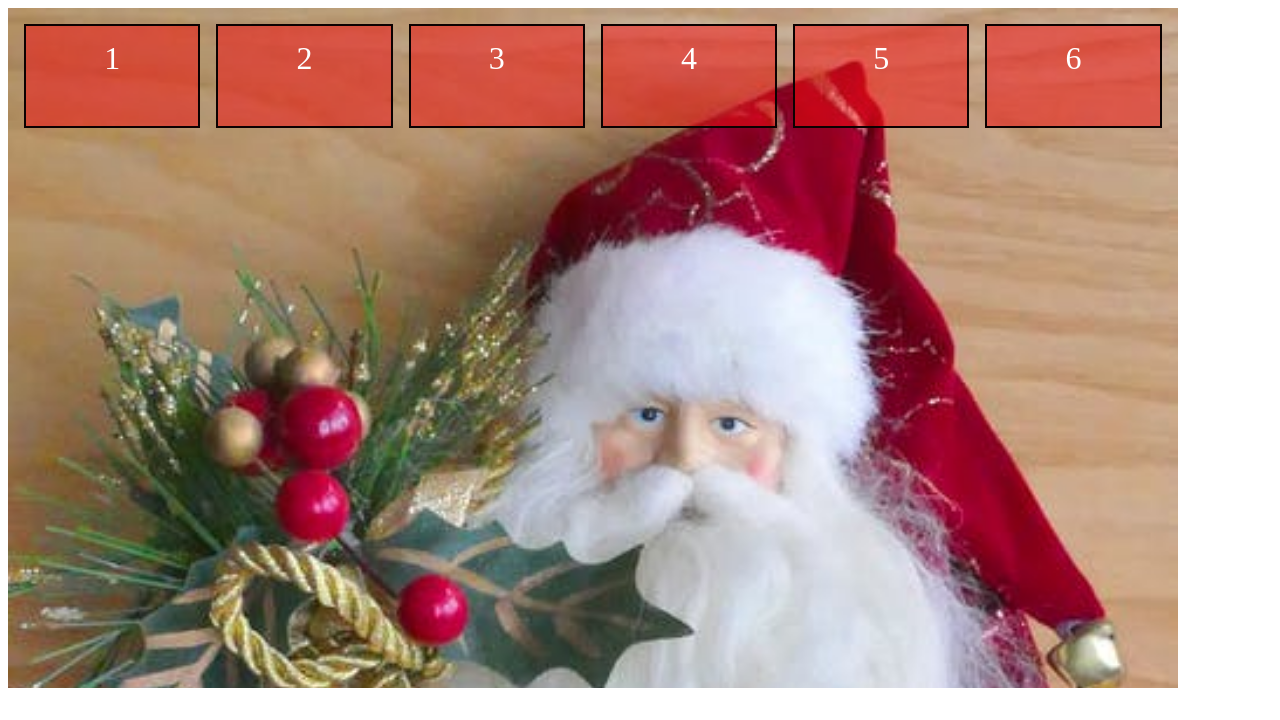
Repository: hindrik40/julprogram-js
Page: advent.html
These files come from the project's save history. The page is drawn as it stood at one moment and after the next save; the edit follows.
The browser window is 1280 px wide. The pictures show the whole page.

Above is the page before, as saved 2021-12-14 11:05:24.

After the next save:
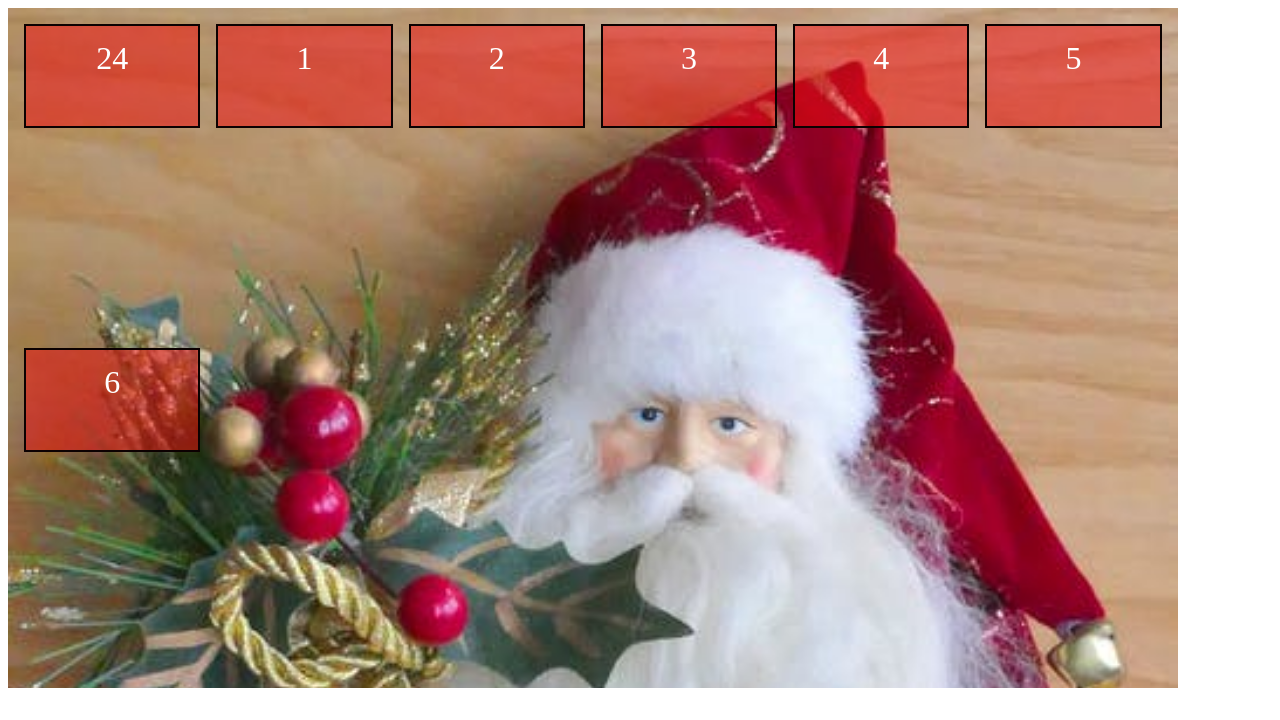
Saved 2 min 14 s later.
--- a/advent.html
+++ b/advent.html
@@ -9,7 +9,7 @@
 </head>
 <body>
     <main id="adventCalender">
-
+      <div draggable="true">24</div>
 
     </main>
     <script src="advent.js"></script>

After the save that followed:
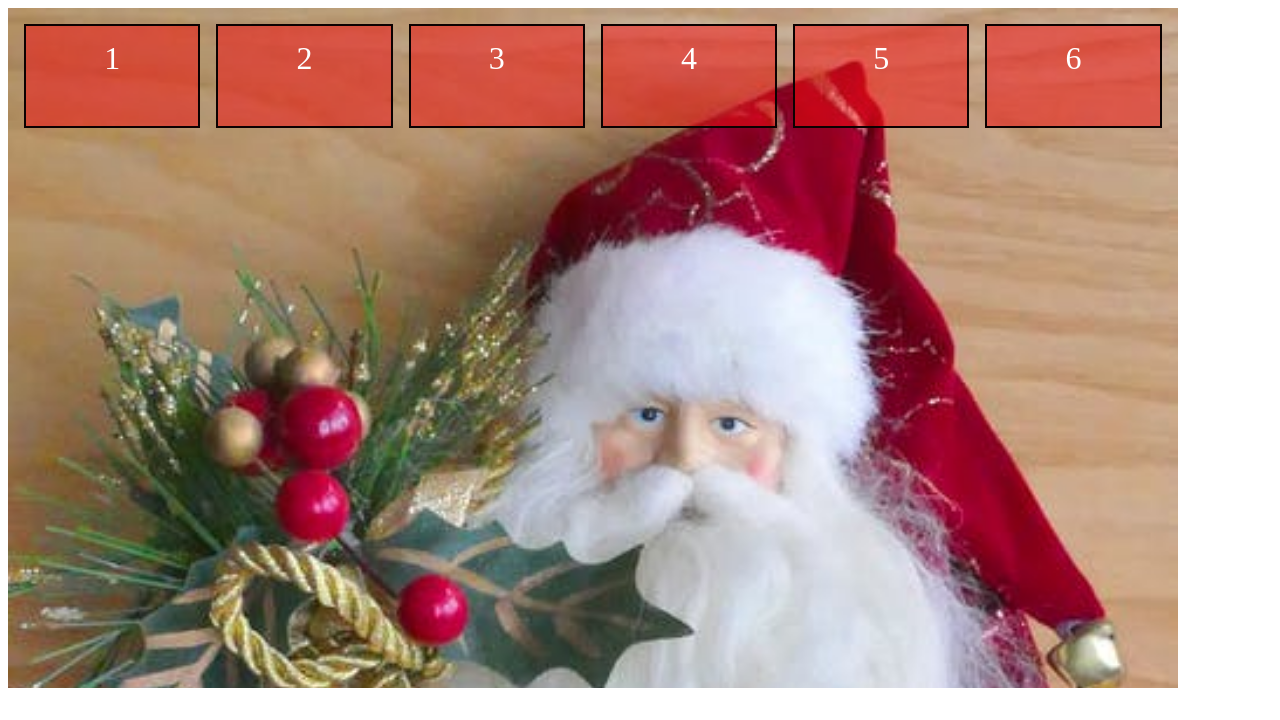
Saved 37 s later.
--- a/advent.html
+++ b/advent.html
@@ -9,7 +9,7 @@
 </head>
 <body>
     <main id="adventCalender">
-      <div draggable="true">24</div>
+
 
     </main>
     <script src="advent.js"></script>
